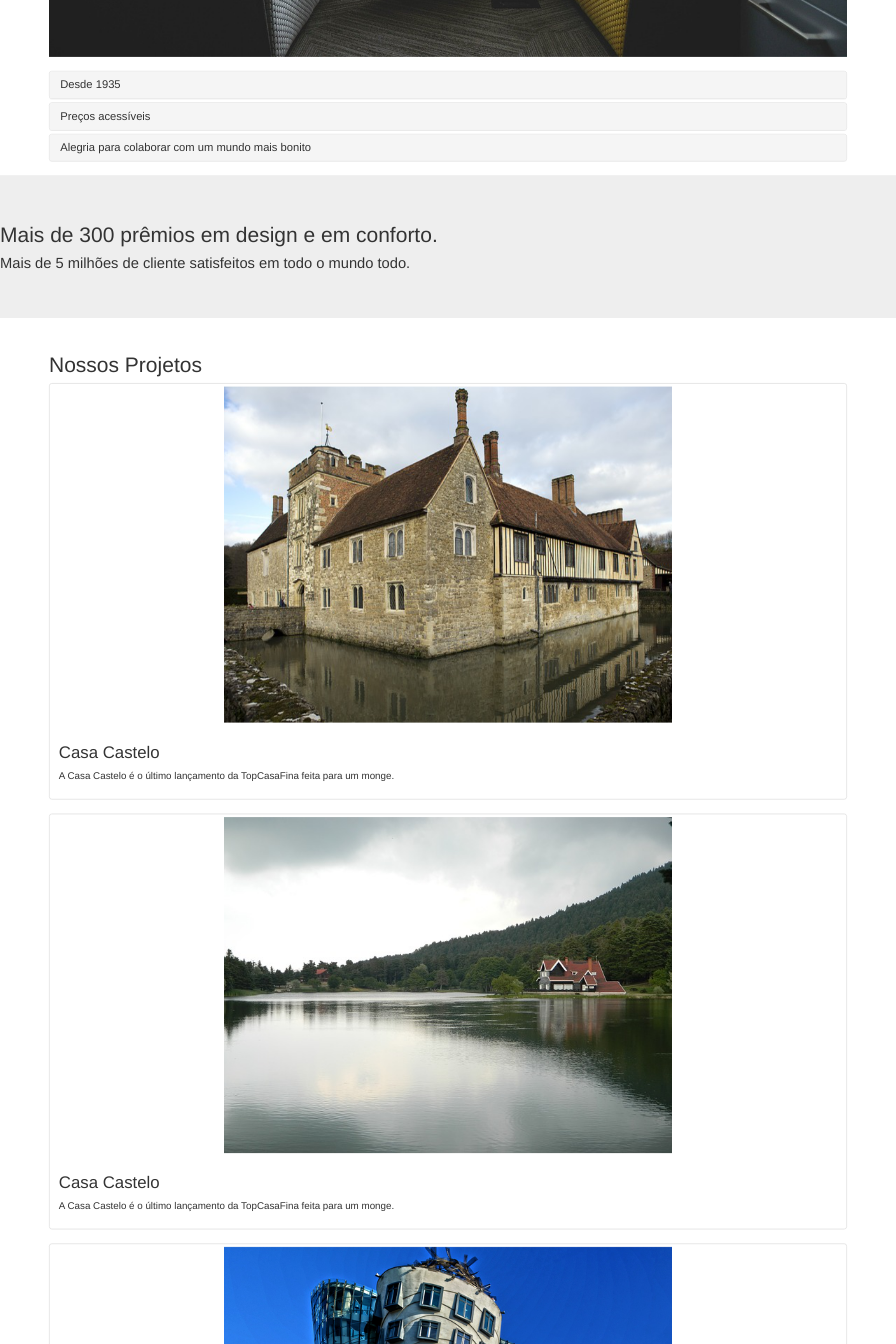
Repository: daviemer/bootstrap-alura
Page: index2.html
These files come from the project's save history. The page is drawn as it stood at one moment and after the next save; the edit follows.
The browser window is 1280 px wide. The pictures show the part of the page from y = 736 to 2656 px (the page is 4355 px tall before and 4348 px after), at 70% of full size.

Above is the page before, as saved 2022-07-08 21:26:56.

### index2.html
<!DOCTYPE html>
<html lang="pt-br">

<head>
  <meta charset="UTF-8">
  <meta http-equiv="X-UA-Compatible" content="IE=edge">
  <meta name="viewport" content="width=device-width, initial-scale=1.0">
  <title>Document</title>
  <link rel="stylesheet" href="bootstrap/css/bootstrap.min.css" type="text/css">
  <link rel="stylesheet" href="style.css">
</head>

<body>
  <section class="container">
    <h2>Sobre Nós</h2>
    <img class="img-responsive" src="assets/img/empresa.jpg" alt="">

    <div class="panel-group" id="paineis-sobre">
      <div class="panel panel-default">
        <div class="panel-heading">
          <h3 class="panel-title" data-toggle="collapse" data-target="#primeiro-paragrafo" data-parent="#paineis-sobre">
            Desde 1935</h3>
        </div>
        <div id="primeiro-paragrafo" class="collapse">
          <div class="panel-body">
            <p>Desde 1935 trazendo casas, mansões e prédios lindos para o mundo.</p>
          </div>
        </div>

      </div>
      <div class="panel panel-default">
        <div class="panel-heading">
          <h3 class="panel-title" data-toggle="collapse" data-target="#segundo-paragrafo" data-parent="#paineis-sobre">
            Preços acessíveis</h3>
        </div>
        <div id="segundo-paragrafo" class="collapse">
          <div class="panel-body">
            <p>Preços a partir de R$ 1000,00.</p>
          </div>
        </div>

      </div>
      <div class="panel panel-default">
        <div class="panel-heading">
          <h3 class="panel-title" data-toggle="collapse" data-target="#terceiro-paragrafo" data-parent="#paineis-sobre">
            Alegria para colaborar com um mundo mais bonito</h3>
        </div>
        <div id="terceiro-paragrafo" class="collapse">
          <div class="panel-body">
            <p>Trazendo alegria para a vida das pessoas que tem dinheiro para gastar.</p>
          </div>
        </div>
      </div>
    </div>
  </section>

  <div class="jumbotron">
    <h2>Mais de 300 prêmios em design e em conforto.</h2>
    <p>Mais de 5 milhões de cliente satisfeitos em todo o mundo todo.</p>
  </div>

  <section class="container">
    <h2>Nossos Projetos</h2>

    <figure class="thumbnail">
      <img src="assets/img/projetos/casa-castelo.png" alt="Foto da Casa Castelo">
      <figcaption class="caption">
        <h3>Casa Castelo</h3>
        <p>A Casa Castelo é o último lançamento da TopCasaFina feita para um monge.</p>
      </figcaption>

    </figure>
    <figure class="thumbnail">
      <img src="assets/img/projetos/casa-lago.png" alt="Foto da Casa Castelo">
      <figcaption class="caption">
        <h3>Casa Castelo</h3>
        <p>A Casa Castelo é o último lançamento da TopCasaFina feita para um monge.</p>
      </figcaption>

    </figure>
    <figure class="thumbnail">
      <img src="assets/img/projetos/mercado-marapira.png" alt="Foto da Casa Castelo">
      <figcaption class="caption">
        <h3>Casa Castelo</h3>
        <p>A Casa Castelo é o último lançamento da TopCasaFina feita para um monge.</p>
      </figcaption>

    </figure>
    <figure class="thumbnail">
      <img src="assets/img/projetos/palacio-dionisio.png" alt="Foto da Casa Castelo">
      <figcaption class="caption">
        <h3>Casa Castelo</h3>
        <p>A Casa Castelo é o último lançamento da TopCasaFina feita para um monge.</p>
      </figcaption>

    </figure>
    <figure class="thumbnail">
      <img src="assets/img/projetos/residencia-ludi.png" alt="Foto da Casa Castelo">
      <figcaption class="caption">
        <h3>Casa Castelo</h3>
        <p>A Casa Castelo é o último lançamento da TopCasaFina feita para um monge.</p>
      </figcaption>


    </figure>
  </section>



  <script src="jquery.js"></script>
  <script src="bootstrap/js/bootstrap.min.js"></script>
</body>

</html>

### style.css
#paineis-sobre{
  margin-top: 20px;
}

Loaded but not shown: bootstrap/css/bootstrap.min.css (library); jquery.js (library); bootstrap/js/bootstrap.min.js (library)

After the next save:
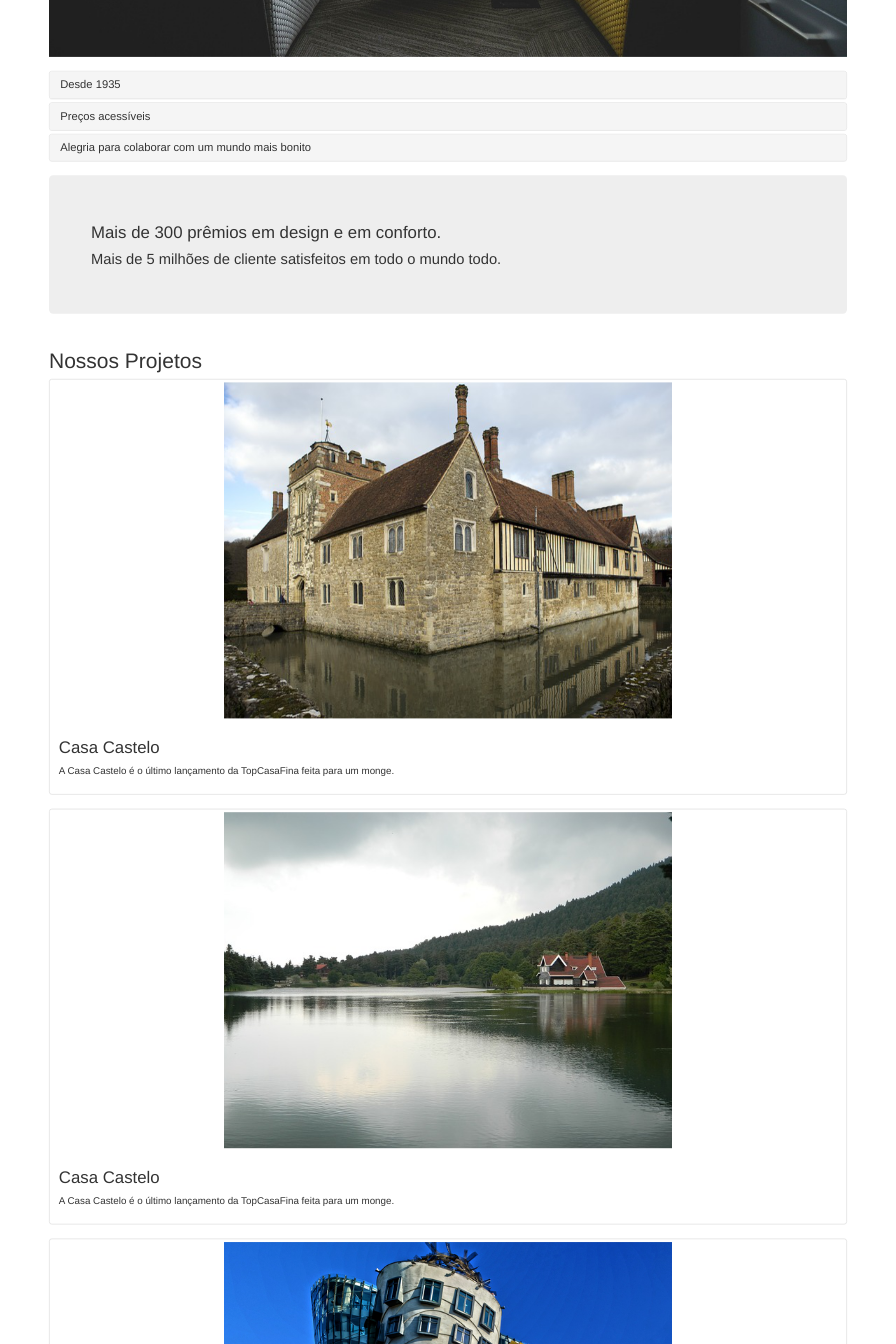
Saved 38 s later.
--- a/index2.html
+++ b/index2.html
@@ -54,10 +54,13 @@
     </div>
   </section>
 
-  <div class="jumbotron">
-    <h2>Mais de 300 prêmios em design e em conforto.</h2>
-    <p>Mais de 5 milhões de cliente satisfeitos em todo o mundo todo.</p>
+  <div class="container">
+    <div class="jumbotron">
+      <h3>Mais de 300 prêmios em design e em conforto.</h3>
+      <p>Mais de 5 milhões de cliente satisfeitos em todo o mundo todo.</p>
+    </div>
   </div>
+
 
   <section class="container">
     <h2>Nossos Projetos</h2>
